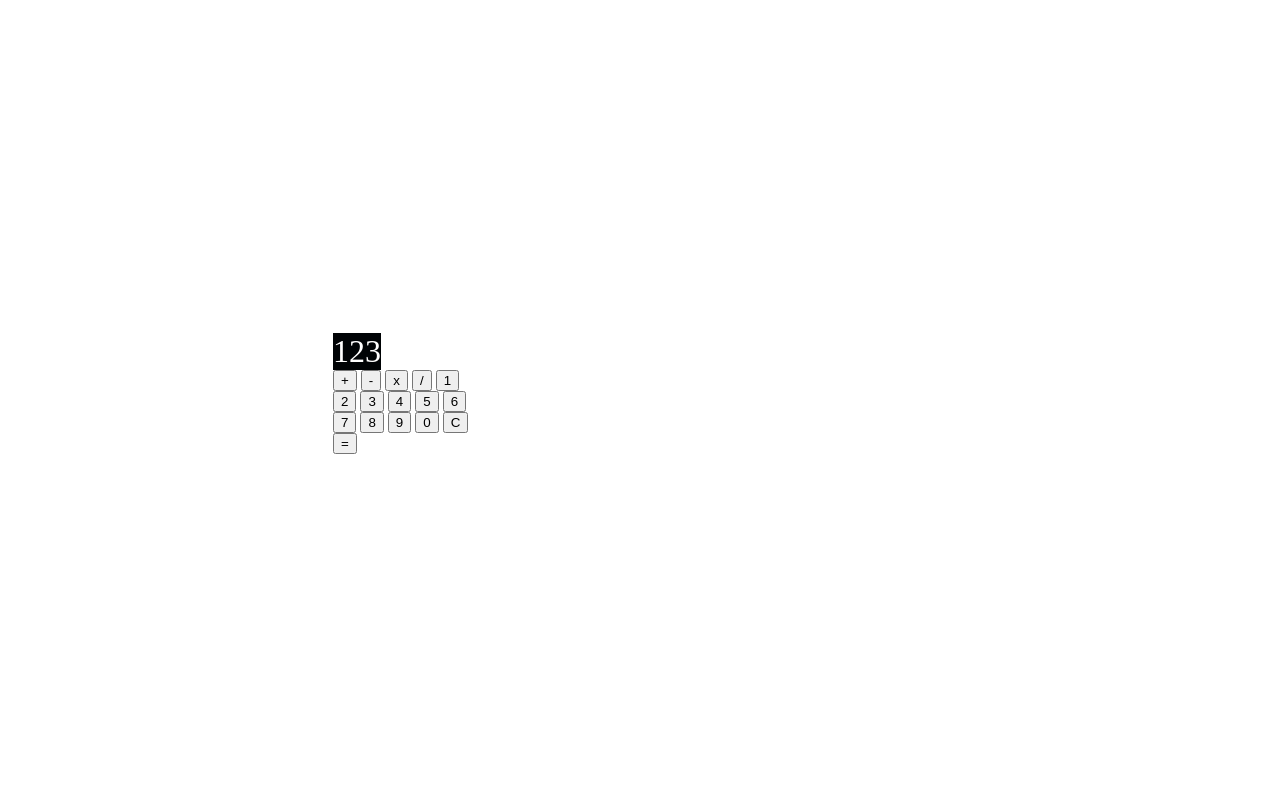
Repository: TEazy2433/LAB-calculator
Page: index.html
The author's editor kept a copy of each file at every save. The page is drawn from the files as they stood at one save, then again after the next save.
The browser window is 1280 px wide. The pictures show the whole page.

Above is the page before, as saved 2023-10-14 10:01:34.

### index.html
<!DOCTYPE html>
<html lang="en">
<head>
  <meta charset="UTF-8">
  <meta name="viewport" content="width=device-width, initial-scale=1.0">
  <title>calculator</title>
  <link rel="stylesheet" href="main.css">


</head>
<body>
  <div class="calculator">
    <div class="display">123</div>
    <div class="calculator_keys">
      <button class="calculator_key key--operator">+</button>
      <button class="calculator_key key--operator">-</button>
      <button class="calculator_key key--operator">x</button>
      <button class="calculator_key key--operator">/</button>
      <button class="calculator_key">1</button>
      <button class="calculator_key">2</button>
      <button class="calculator_key">3</button>
      <button class="calculator_key">4</button>
      <button class="calculator_key">5</button>
      <button class="calculator_key">6</button>
      <button class="calculator_key">7</button>
      <button class="calculator_key">8</button>
      <button class="calculator_key">9</button>
      <button class="calculator_key">0</button>
      <button class="calculator_key">C</button>
      <button class="calculator_key key--enter">=</button>
    </div>
  </div>

</body>
</html>

### main.css
.calculator{
  display: flex;
  flex-wrap: wrap;
  max-width: 150px;
  padding: 325px;
}
.display{
  font-size: 2rem;
  text-align: end;
  background: hsl(210, 100%, 1%);
  color: hsl(255, 100%, 100%);
}

.calculator_keys{


}
.calculator_key{

}
.key--operator{

}
.key--enter{

}

After the next save:
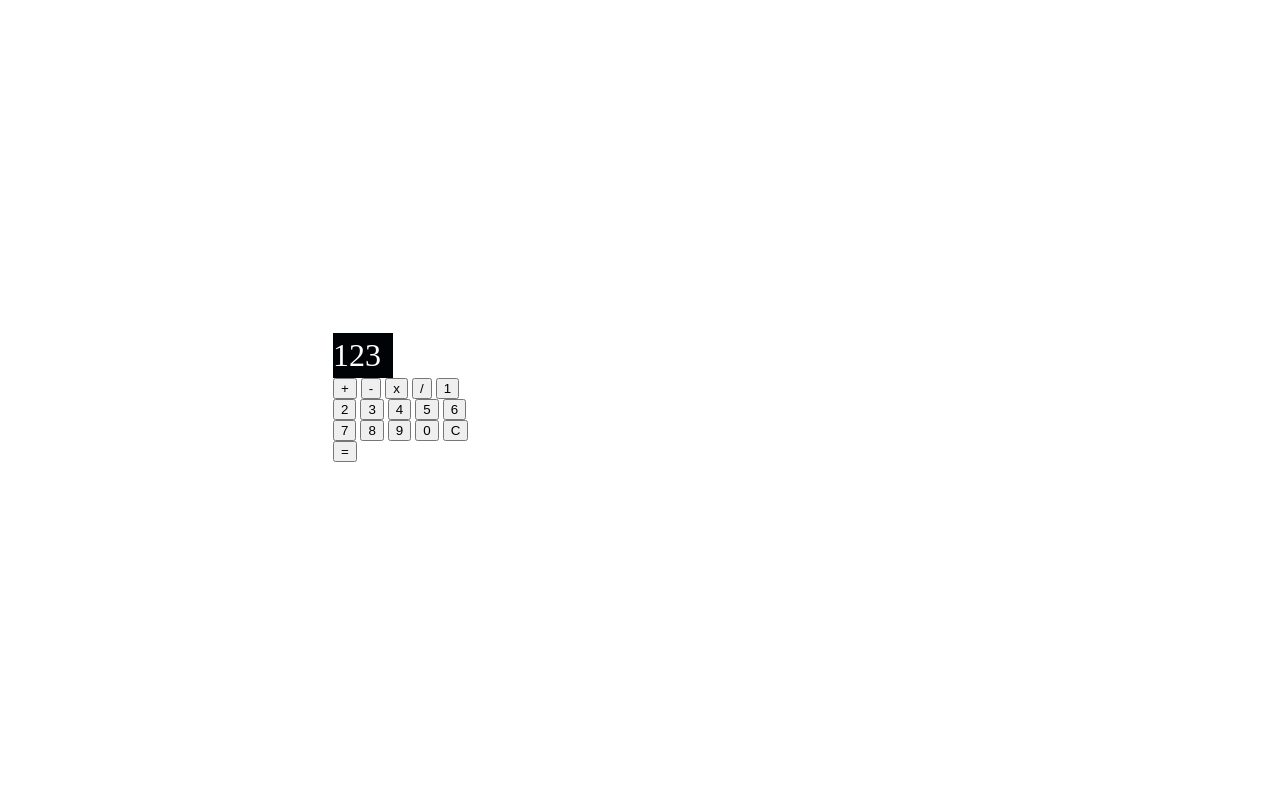
Saved 51 s later.
--- a/main.css
+++ b/main.css
@@ -9,6 +9,9 @@
   text-align: end;
   background: hsl(210, 100%, 1%);
   color: hsl(255, 100%, 100%);
+  padding-block-start: 0.25rem;
+  padding-block-end: 0.25rem;
+  padding-inline-end: 0.75rem;
 }
 
 .calculator_keys{
